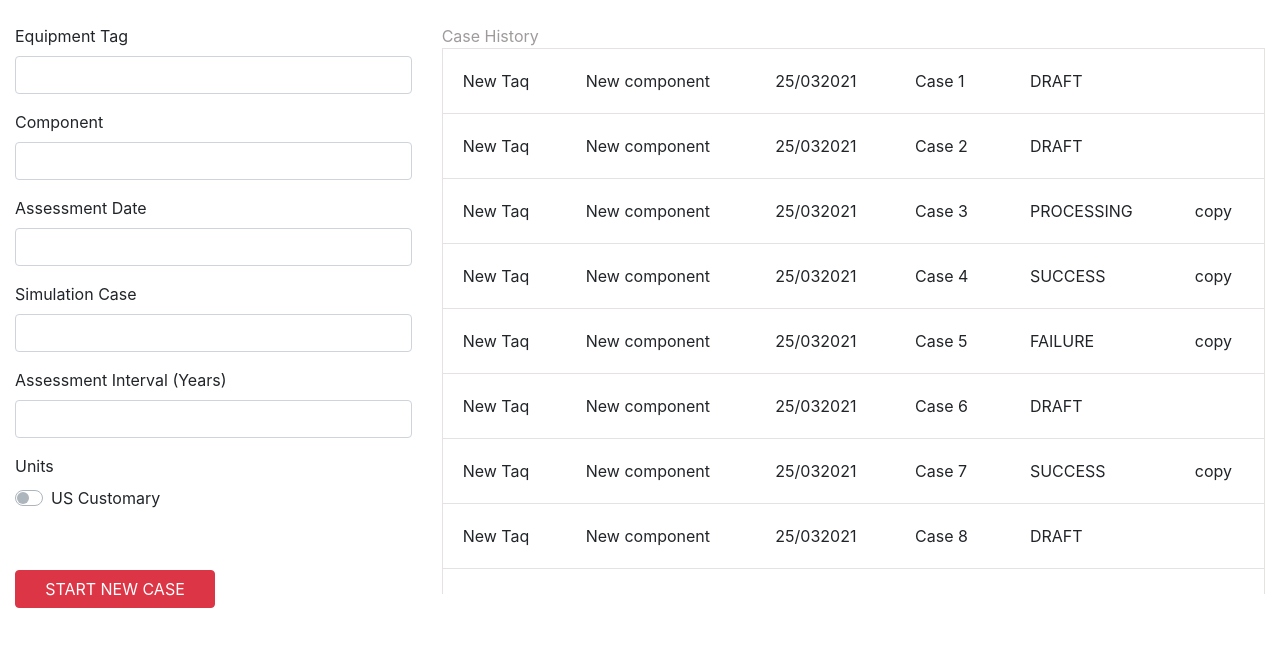
Repository: arif286/dashboard
Page: /
The author's editor kept a copy of each file at every save. The page is drawn from the files as they stood at one save, then again after the next save.
The browser window is 1280 px wide. The pictures show the whole page.
An inner scrolling area shows only its first screen. The project was rebuilt for these pictures with package versions that can differ from the ones it lists, and the page was loaded fresh each time. The framework's server and built-in components were replaced by stand-ins that run in the browser. Also part of the build but not shown: nuxt.config.js, components/Nav.vue.

Above is the page before, as saved 2021-06-18 19:24:51.

### components/Form.vue
<template>
  <div>
    <form class="Assessment-input" action="">
      <div class="mb-3">
        <label for="Input1" class="form-label">Equipment Tag</label>
        <input id="Input1" type="text" class="form-control">
      </div>
      <div class="mb-3">
        <label for="Input2" class="form-label">Component</label>
        <input id="Input2" type="text" class="form-control">
      </div>
      <div class="mb-3">
        <label for="Input3" class="form-label">Assessment Date</label>
        <input id="Input3" type="text" class="form-control">
      </div>
      <div class="mb-3">
        <label for="Input4" class="form-label">Simulation Case</label>
        <input id="Input4" type="text" class="form-control">
      </div>
      <div class="mb-3">
        <label for="Input5" class="form-label">Assessment Interval (Years)</label>
        <input id="Input5" type="text" class="form-control">
      </div>
      <div>
        <label for="Input5" class="form-label">Units</label>
        <b-form-checkbox v-model="checked" name="check-button" switch>
          US Customary
        </b-form-checkbox>
      </div>
      <b-button class="submit-button" type="submit" variant="danger">
        START NEW CASE
      </b-button>
    </form>
  </div>
</template>
<script>
export default {
  data () {
    return {
      form: {
        email: '',
        name: '',
        food: null,
        checked: []
      },
      foods: [
        { text: 'Select One', value: null },
        'Carrots',
        'Beans',
        'Tomatoes',
        'Corn'
      ],
      show: true,
      checked: false
    }
  },
  methods: {
    onSubmit (event) {
      event.preventDefault()
      alert(JSON.stringify(this.form))
    }
  }
}
</script>
<style>
.submit-button {
  width: 200px;
  margin-top: 60px;
}
.Assessment-input input:focus {
  border-color: red;
  box-shadow: none;
}
</style>

### components/Table.vue
<template>
  <div class="table-contain">
    <p class="title">
      Case History
    </p>
    <table class="w-100 table-border">
      <!-- <thead>
        <tr>
          <th className="text-secondary" scope="col">
            Name
          </th>
          <th className="text-secondary" scope="col">
            Email Id
          </th>
          <th className="text-secondary" scope="col">
            Service
          </th>
          <th className="text-secondary" scope="col">
            pay with
          </th>
          <th className="text-secondary" scope="col">
            status
          </th>
        </tr>
      </thead> -->
      <tbody>
        <tr v-for="item in data" :key="item.id">
          <td>{{ item.equipmentTag }}</td>
          <td>{{ item.component }}</td>
          <td>{{ item.assessmentDate }}</td>
          <td>Case {{ item.case }}</td>
          <td>{{ item.status }}</td>
          <td>
            {{ item.copy === true ? 'copy' : '' }}
          </td>
        </tr>
      </tbody>
    </table>
  </div>
</template>

<script>
export default {
  props: {
    data: {
      type: Array,
      required: true
    }
  },
  data () {
    return {
      copyBtn: 'copy'
    }
  }
}
</script>
<style scoped>

.table-border tr{
 border: 1px solid #e6e2e2;
}
.table-border td{
  padding: 20px;
}
.title{
  margin-bottom: 0px;
  color: #a09b9b;
}
.table-contain {
  height: 570px;
  overflow-y: scroll;
}
</style>

### pages/index.vue
<template>
  <div class="container">
    <div class="row mt-4">
      <div class="col-4">
        <Form />
      </div>
      <div class="col-8">
        <Table :data="dashboardData" />
      </div>
    </div>
  </div>
</template>

<script>
import { dashboardData } from '@/assets/dashboard.js'
// eslint-disable-next-line semi
export default {
  data () {
    return { dashboardData }
  }
}
</script>

<style>
.container {
  max-width: 1760px;
}
</style>

### assets/dashboard.js
export const dashboardData = [
  {
    id: 1,
    equipmentTag: 'New Taq',
    component: 'New component',
    assessmentDate: '25/032021',
    case: 1,
    status: 'DRAFT'
  },
  {
    id: 2,
    equipmentTag: 'New Taq',
    component: 'New component',
    assessmentDate: '25/032021',
    case: 2,
    status: 'DRAFT'
  },
  {
    id: 3,
    equipmentTag: 'New Taq',
    component: 'New component',
    assessmentDate: '25/032021',
    case: 3,
    status: 'PROCESSING',
    copy: true
  },
  {
    id: 4,
    equipmentTag: 'New Taq',
    component: 'New component',
    assessmentDate: '25/032021',
    case: 4,
    status: 'SUCCESS',
    copy: true
  },
  {
    id: 5,
    equipmentTag: 'New Taq',
    component: 'New component',
    assessmentDate: '25/032021',
    case: 5,
    status: 'FAILURE',
    copy: true
  },
  {
    id: 6,
    equipmentTag: 'New Taq',
    component: 'New component',
    assessmentDate: '25/032021',
    case: 6,
    status: 'DRAFT'
  },
  {
    id: 7,
    equipmentTag: 'New Taq',
    component: 'New component',
    assessmentDate: '25/032021',
    case: 7,
    status: 'SUCCESS',
    copy: true
  },
  {
    id: 8,
    equipmentTag: 'New Taq',
    component: 'New component',
    assessmentDate: '25/032021',
    case: 8,
    status: 'DRAFT'
  },
  {
    id: 9,
    equipmentTag: 'New Taq',
    component: 'New component',
    assessmentDate: '25/032021',
    case: 9,
    status: 'DRAFT'
  },
  {
    id: 10,
    equipmentTag: 'New Taq',
    component: 'New component',
    assessmentDate: '25/032021',
    case: 10,
    status: 'DRAFT'
  }
]

Loaded but not shown: layouts/default.vue (common file)

After the next save:
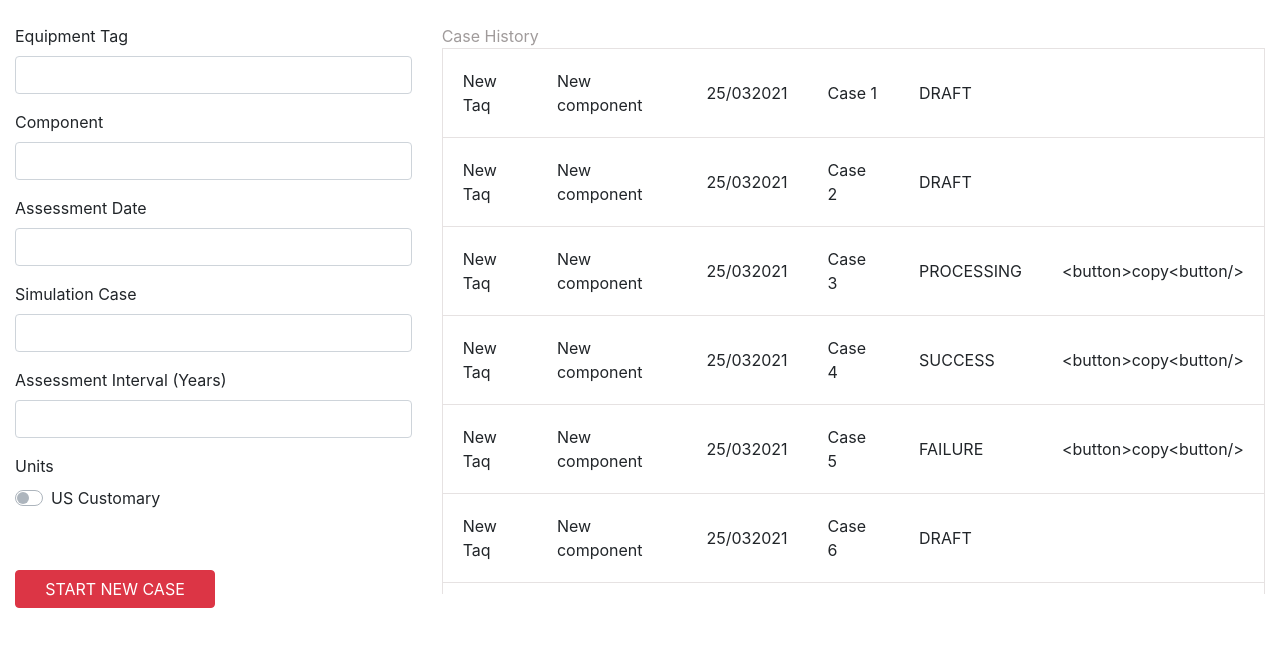
Saved 35 s later.
--- a/components/Table.vue
+++ b/components/Table.vue
@@ -31,7 +31,7 @@
           <td>Case {{ item.case }}</td>
           <td>{{ item.status }}</td>
           <td>
-            {{ item.copy === true ? 'copy' : '' }}
+            {{ item.copy === true ? copyBtn : '' }}
           </td>
         </tr>
       </tbody>
@@ -49,7 +49,7 @@
   },
   data () {
     return {
-      copyBtn: 'copy'
+      copyBtn: '<button>copy<button/>'
     }
   }
 }

After the save that followed:
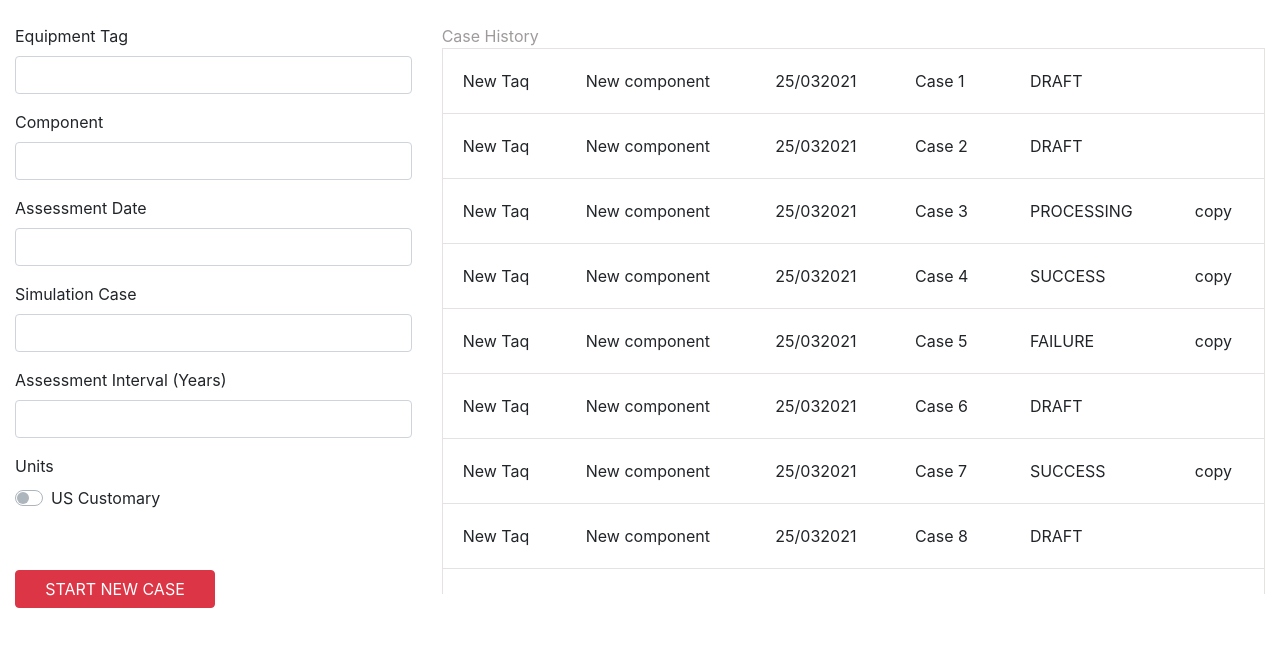
Saved 13 s later.
--- a/components/Table.vue
+++ b/components/Table.vue
@@ -31,7 +31,7 @@
           <td>Case {{ item.case }}</td>
           <td>{{ item.status }}</td>
           <td>
-            {{ item.copy === true ? copyBtn : '' }}
+            {{ item.copy === true ? 'copy' : '' }}
           </td>
         </tr>
       </tbody>
